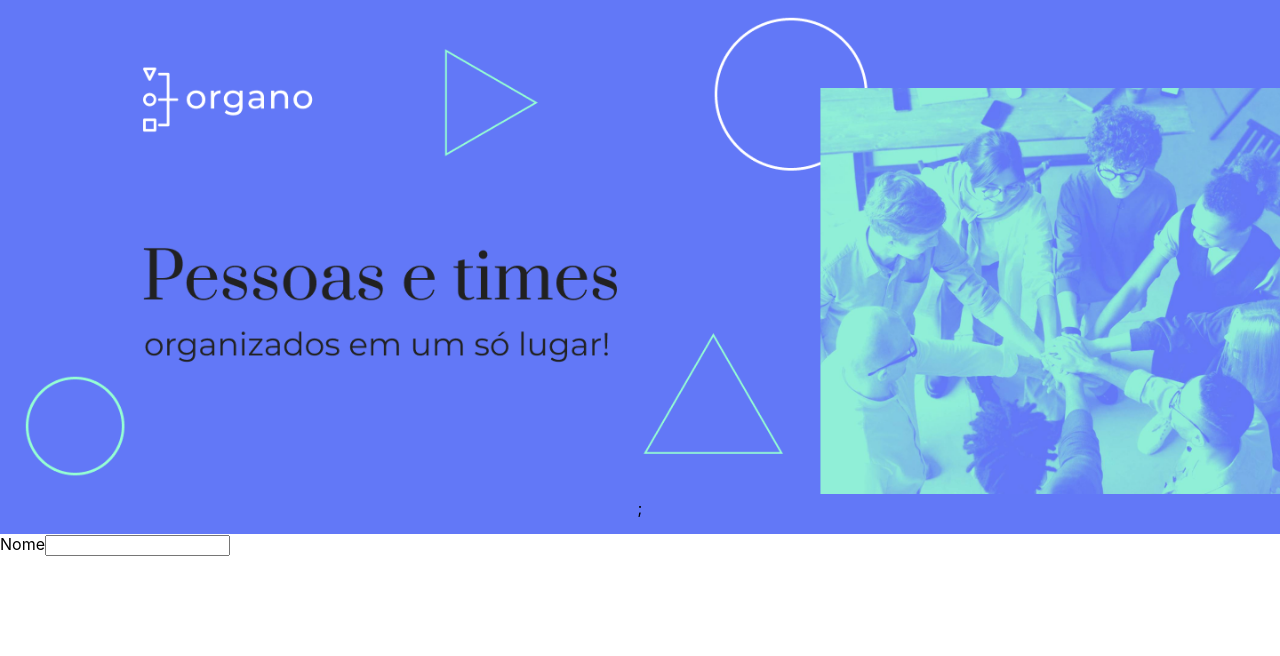
Repository: guilhermecardoso93/organo
Page: /
The author's editor kept a copy of each file at every save. The page is drawn from the files as they stood at one save, then again after the next save.
The browser window is 1280 px wide. The pictures show the whole page.
The project was rebuilt for these pictures with package versions that can differ from the ones it lists, and the page was loaded fresh each time.

Above is the page before, as saved 2024-05-24 10:48:09.

After the next save:
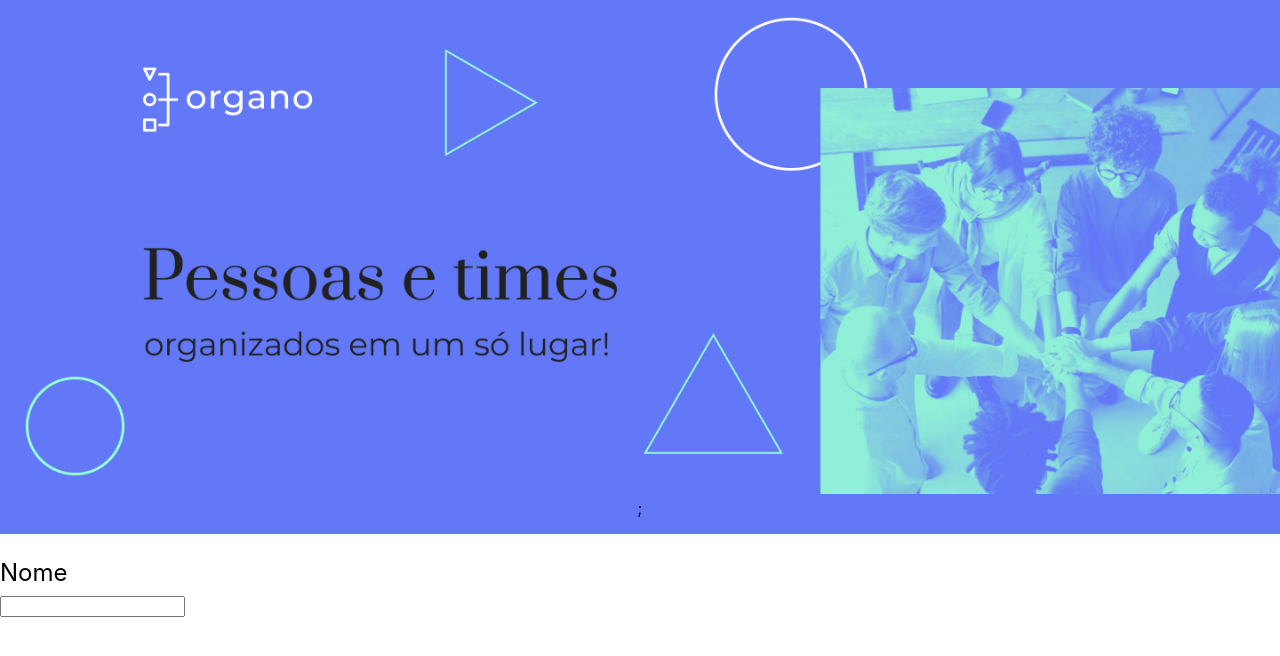
Saved 27 s later.
--- a/src/components/Input/index.js
+++ b/src/components/Input/index.js
@@ -2,8 +2,8 @@ import "./styles.css";
 
 export function Input() {
   return (
-    <div>
-      <label className="campo-texto">Nome</label>
+    <div className="campo-texto">
+      <label>Nome</label>
       <input />
     </div>
   );
